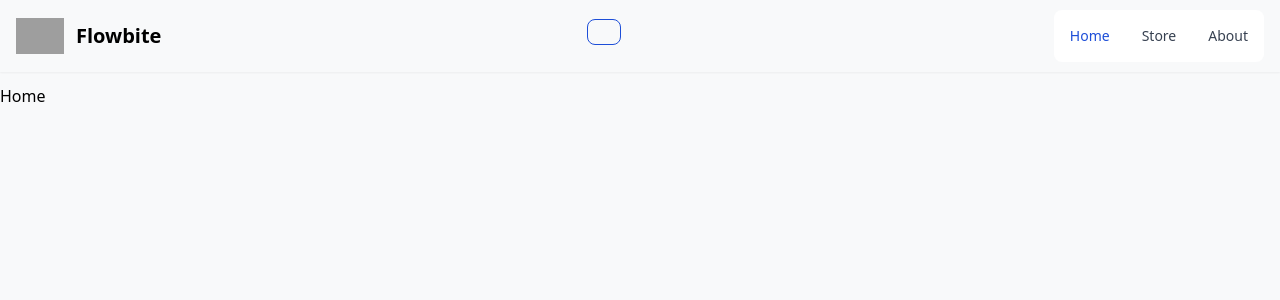
Repository: ducanhaep/react-ts-shopping-cart
Page: /
These files come from the project's save history. The page is drawn as it stood at one moment and after the next save; the edit follows.
The browser window is 1280 px wide. The pictures show the whole page.
Pictures or frames that could not be fetched are drawn as grey boxes. The project was rebuilt for these pictures with package versions that can differ from the ones it lists, and the page was loaded fresh each time. Also part of the build but not shown: vite.config.ts, src/pages/About.js, src/pages/Store.js.

Above is the page before, as saved 2023-01-11 18:18:17.

After the next save:
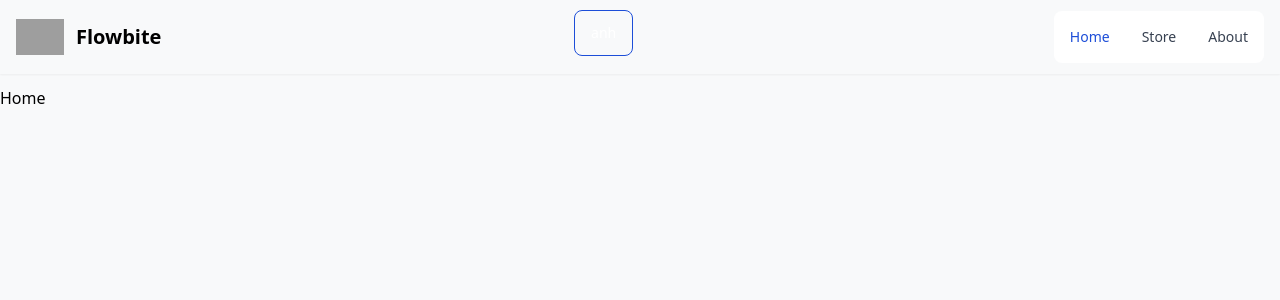
Saved 65 s later.
--- a/src/components/Navbar.tsx
+++ b/src/components/Navbar.tsx
@@ -23,7 +23,7 @@ export function Navbar() {
             // aria-expanded="false"
             className=" text-white text-blue-700 hover:text-white border border-blue-700 hover:bg-blue-800 focus:ring-4 focus:outline-none focus:ring-blue-300 font-medium rounded-lg text-sm text-center mr-2 mb-2 dark:border-blue-500 dark:text-blue-500 dark:hover:text-white dark:hover:bg-blue-600 dark:focus:ring-blue-800 px-4 py-3"
           >
-            <span className="sr-only">Open main menu</span>
+            {/* <span className="sr-only">Open main menu</span> */}
             {/* <svg
               className="w-6 h-6"
               aria-hidden="true"
@@ -37,13 +37,14 @@ export function Navbar() {
                 clipRule="evenodd"
               />
             </svg> */}
-            <svg
+            {/* <svg
               xmlns="http://www.w3.org/2000/svg"
               viewBox="0 0 576 512"
               fill="currentColor"
             >
               <path d="M96 0C107.5 0 117.4 8.19 119.6 19.51L121.1 32H541.8C562.1 32 578.3 52.25 572.6 72.66L518.6 264.7C514.7 278.5 502.1 288 487.8 288H170.7L179.9 336H488C501.3 336 512 346.7 512 360C512 373.3 501.3 384 488 384H159.1C148.5 384 138.6 375.8 136.4 364.5L76.14 48H24C10.75 48 0 37.25 0 24C0 10.75 10.75 0 24 0H96zM128 464C128 437.5 149.5 416 176 416C202.5 416 224 437.5 224 464C224 490.5 202.5 512 176 512C149.5 512 128 490.5 128 464zM512 464C512 490.5 490.5 512 464 512C437.5 512 416 490.5 416 464C416 437.5 437.5 416 464 416C490.5 416 512 437.5 512 464z" />
-            </svg>
+            </svg> */}
+            anh
           </button>
           <div className="hidden w-full md:block md:w-auto" id="navbar-default">
             <ul className="flex flex-col p-4 mt-4 border border-gray-100 rounded-lg bg-gray-50 md:flex-row md:space-x-8 md:mt-0 md:text-sm md:font-medium md:border-0 md:bg-white dark:bg-gray-800 md:dark:bg-gray-900 dark:border-gray-700">
